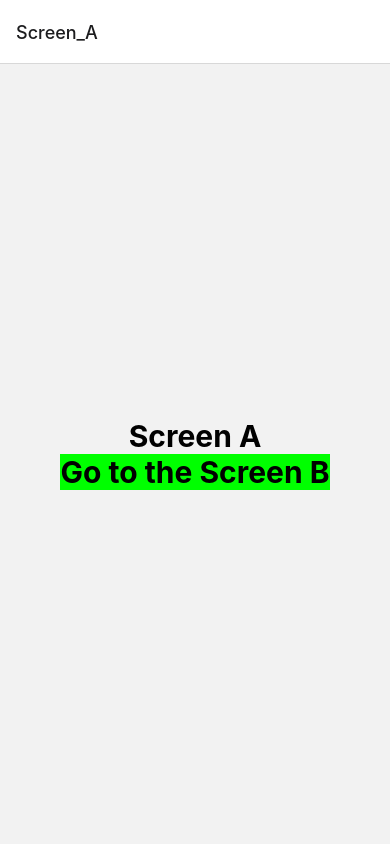
Repository: ntu34543/Navigation
Screen: /
These files come from the project's save history. The screen is drawn as it stood at one moment and after a run of saves; the edit follows.
The app was drawn by React Native's web renderer in a window 390 px wide. The project was rebuilt for these pictures with package versions that can differ from the ones it lists, and the page was loaded fresh each time.

Above is the screen before, as saved 2022-09-18 17:09:09.

### App.js
import { StatusBar } from "expo-status-bar";
import { StyleSheet, Text, View, Pressable } from "react-native";
import { NavigationContainer } from "@react-navigation/native";
import { createStackNavigator } from "@react-navigation/stack";

const Stack = createStackNavigator();

function ScreenA({ navigation }) {
  const onPressHandler = () => {
    // navigation.navigate("Screen_B");
    navigation.replace("Screen_B");
  };
  return (
    <View style={styles.body}>
      <Text style={styles.text}>Screen A</Text>
      <Pressable
        onPress={onPressHandler}
        style={({ pressed }) => ({
          backgroundColor: pressed ? "#ddd" : "#0f0",
        })}
      >
        <Text style={styles.text}>Go to the Screen B</Text>
      </Pressable>
    </View>
  );
}

function ScreenB({ navigation }) {
  const onPressHandler = () => {
    // navigation.navigate("Screen_A");
    navigation.goBack();
  };
  return (
    <View style={styles.body}>
      <Text style={styles.text}>Screen B</Text>
      <Pressable
        onPress={onPressHandler}
        style={({ pressed }) => ({
          backgroundColor: pressed ? "#ddd" : "white",
        })}
      >
        <Text style={styles.text}>Go back Screen A</Text>
      </Pressable>
    </View>
  );
}

export default function App() {
  return (
    <NavigationContainer>
      <Stack.Navigator>
        <Stack.Screen name="Screen_A" component={ScreenA} options={{}}/>
        <Stack.Screen name="Screen_B" component={ScreenB} />
      </Stack.Navigator>
    </NavigationContainer>
  );
}

const styles = StyleSheet.create({
  body: {
    flex: 1,
    justifyContent: "center",
    alignItems: "center",
  },
  text: {
    fontSize: 30,
    fontWeight: "bold",
  },
});

After the next 3 saves:
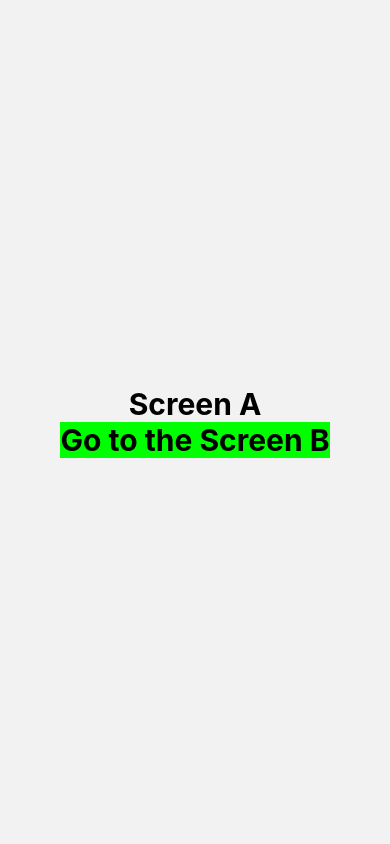
The 3 saves are shown as one change because 1 did not build or start and some came seconds apart.
The last was saved 11 s later.
--- a/App.js
+++ b/App.js
@@ -49,7 +49,7 @@
   return (
     <NavigationContainer>
       <Stack.Navigator>
-        <Stack.Screen name="Screen_A" component={ScreenA} options={{}}/>
+        <Stack.Screen name="Screen_A" component={ScreenA} options={{header: () => null}}/>
         <Stack.Screen name="Screen_B" component={ScreenB} />
       </Stack.Navigator>
     </NavigationContainer>

After the 2 saves that followed:
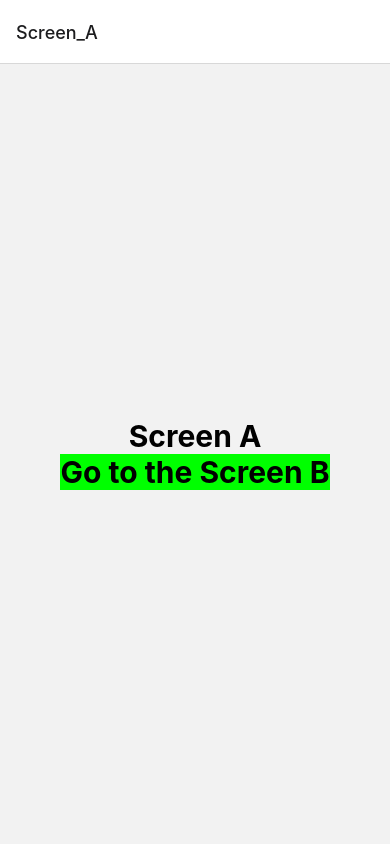
The 2 saves are shown as one change because they came seconds apart.
The last was saved 27 s later.
--- a/App.js
+++ b/App.js
@@ -49,7 +49,8 @@
   return (
     <NavigationContainer>
       <Stack.Navigator>
-        <Stack.Screen name="Screen_A" component={ScreenA} options={{header: () => null}}/>
+        <Stack.Screen name="Screen_A" component={ScreenA} />
+        {/* options={{header: () => null}} */}
         <Stack.Screen name="Screen_B" component={ScreenB} />
       </Stack.Navigator>
     </NavigationContainer>
